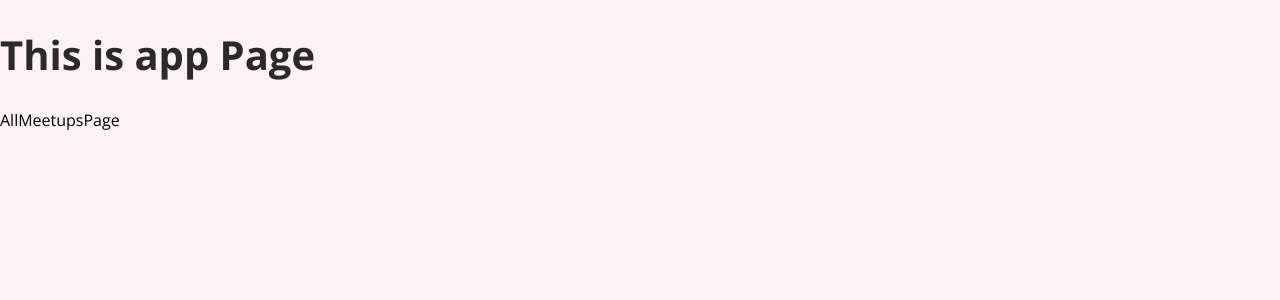
Repository: portretrieve/react-meetup-app
Page: /
The author's editor kept a copy of each file at every save. The page is drawn from the files as they stood at one save, then again after the next save.
The browser window is 1280 px wide. The pictures show the whole page.
The project was rebuilt for these pictures with package versions that can differ from the ones it lists, and the page was loaded fresh each time. Also part of the build but not shown: src/pages/NewMeetup.js.

Above is the page before, as saved 2021-08-17 15:23:05.

### src/App.js
import AllMeetupsPage from "./pages/AllMeetups";
import FavouritesPage from "./pages/Favourites";
import NewMeetupPage from "./pages/NewMeetup";

function App() {
  return (
    <div>
      <h1>This is app Page</h1>
      <AllMeetupsPage />
    </div>
  );
}

export default App;

### src/pages/AllMeetups.js
import React from "react";

function AllMeetupsPage() {
  return <div>AllMeetupsPage</div>;
}

export default AllMeetupsPage;

### src/pages/Favourites.js
import React from "react";

function FavouritesPage() {
  return <div>FavouritesPage</div>;
}

export default FavouritesPage;

Loaded but not shown: public/index.html (common file); src/index.js (common file); src/index.css (common file)

After the next save:
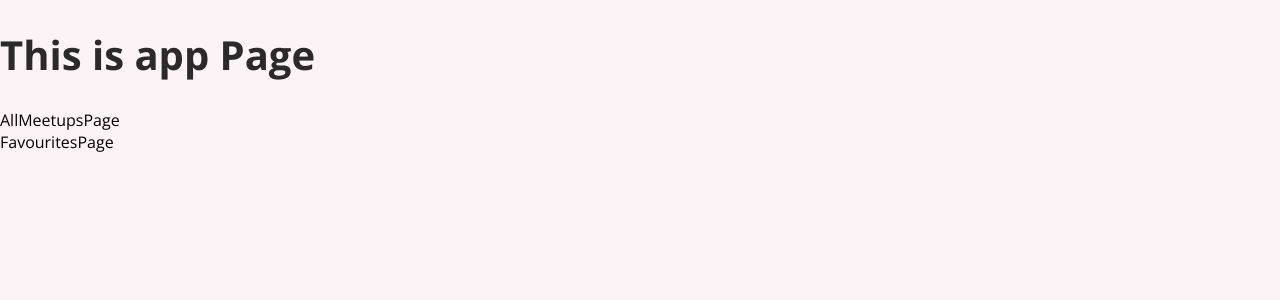
Saved 9 s later.
--- a/src/App.js
+++ b/src/App.js
@@ -7,6 +7,7 @@ function App() {
     <div>
       <h1>This is app Page</h1>
       <AllMeetupsPage />
+      <FavouritesPage />
     </div>
   );
 }
